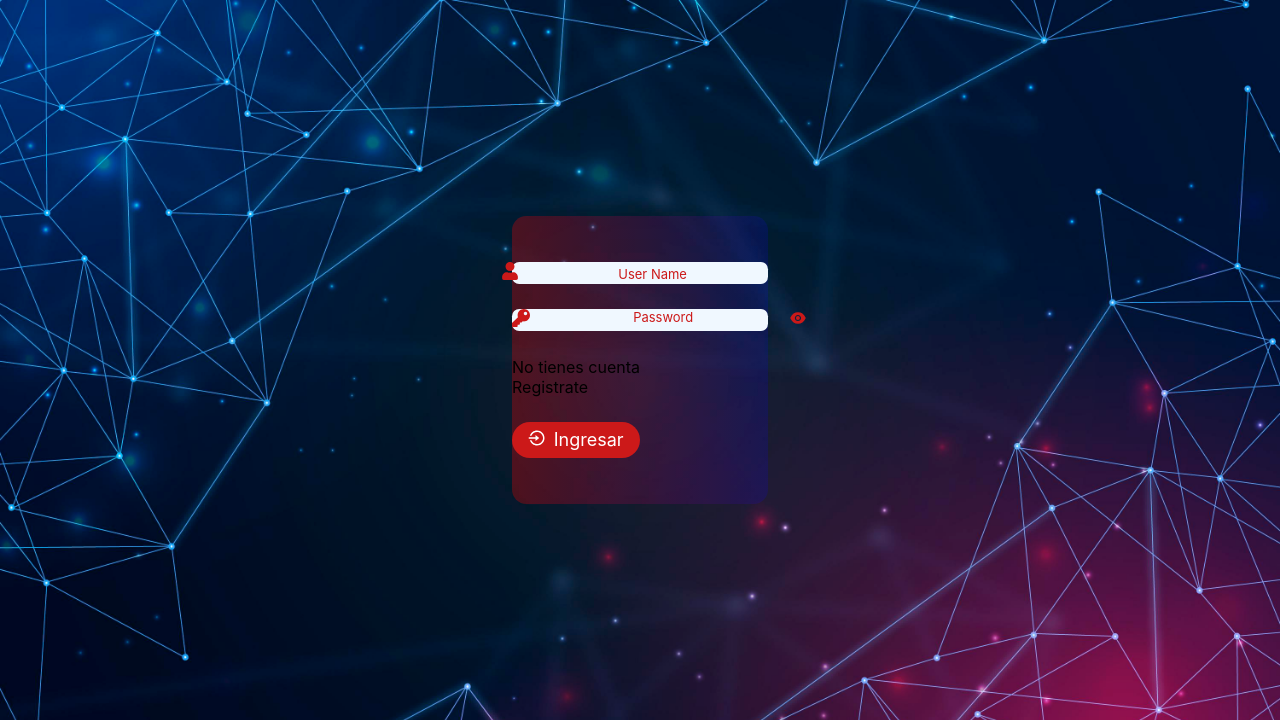
Repository: Davic1o/FrontendMunicipio
Page: /
The author's editor kept a copy of each file at every save. The page is drawn from the files as they stood at one save, then again after the next save.
The browser window is 1280 px wide. The pictures show the whole page.
The project was rebuilt for these pictures with package versions that can differ from the ones it lists, and the page was loaded fresh each time.

Above is the page before, as saved 2024-02-21 18:36:36.

After the next save:
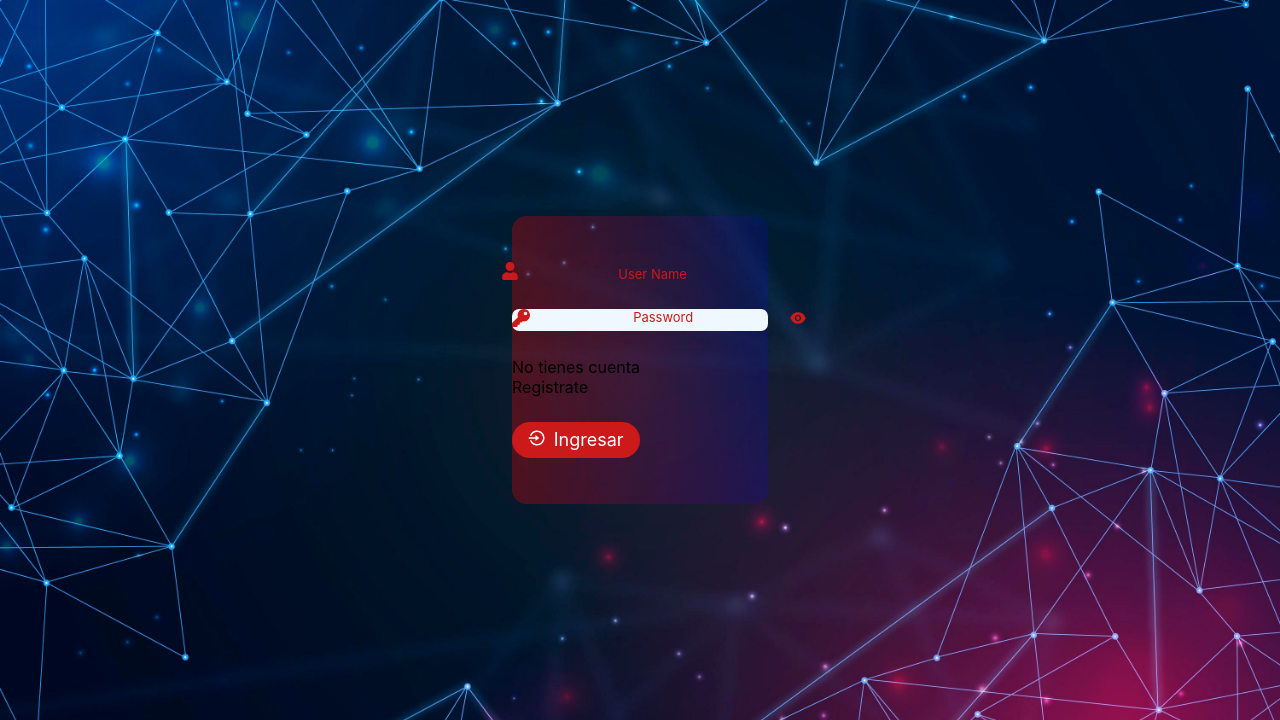
Saved 116 s later.
--- a/src/components/inputs/inputTexto.css
+++ b/src/components/inputs/inputTexto.css
@@ -7,7 +7,7 @@
     border-radius: 1vh;
     cursor: pointer;
     width: 100%;
-    background-color: aliceblue;
+
   }
 
   .inf__inputTexto{
